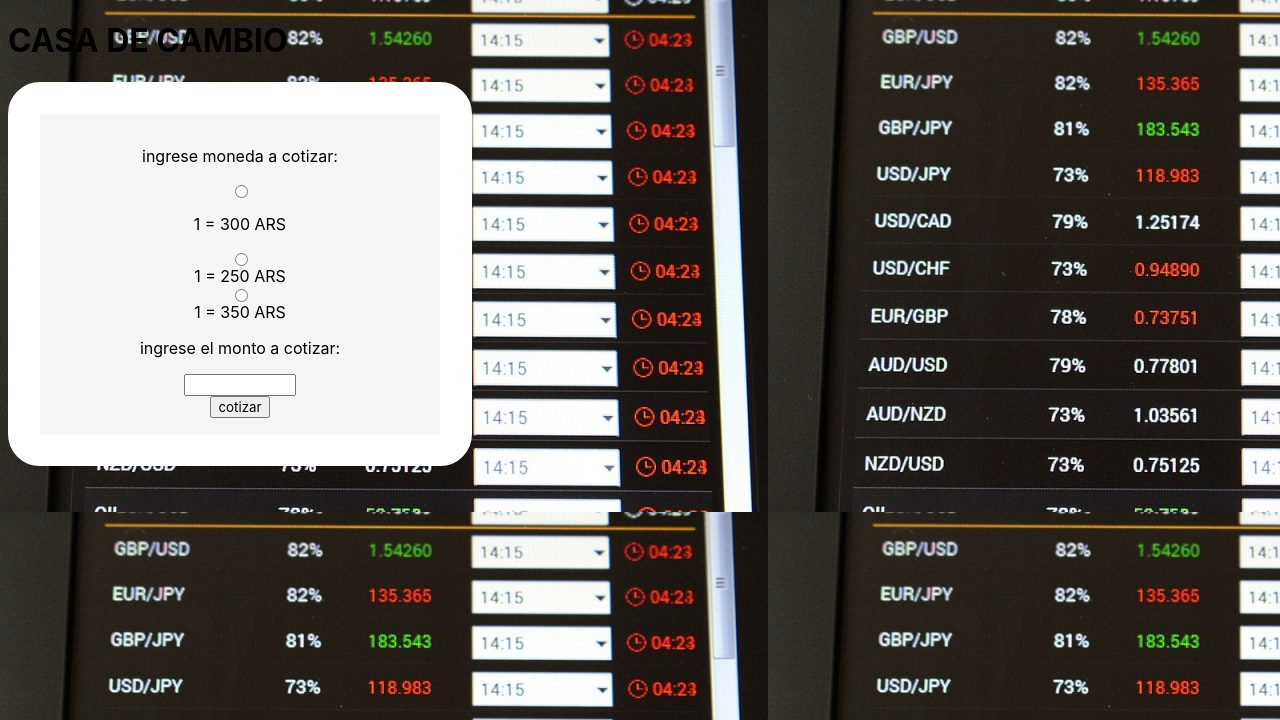
Repository: AgusL01/Bootstrap-Agustin-lago-
Page: Desktop/clases coder/proyecto-final-agustin-lago-main/index.html
An editor plug-in stored every save of this project. The page is shown before and after the next save, followed by the edit.
The browser window is 1280 px wide. The pictures show the whole page.

Above is the page before, as saved 2022-08-25 15:44:00.

After the next save:
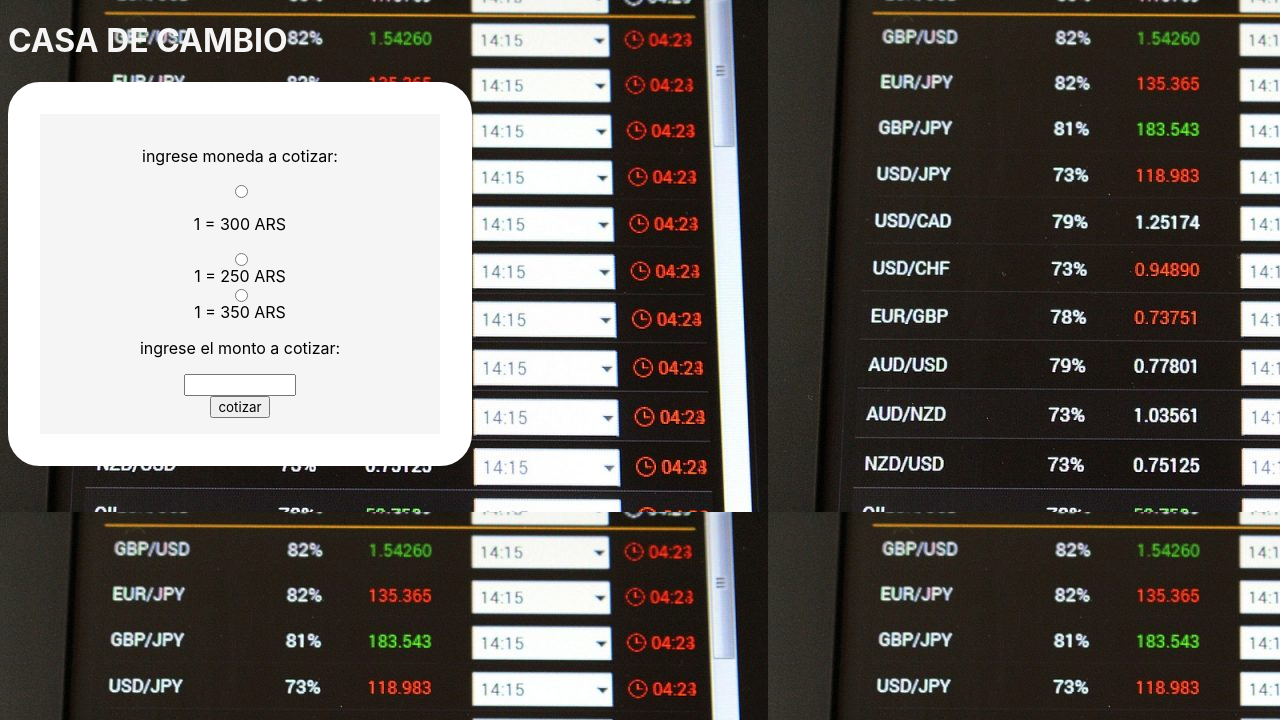
Saved 12 s later.
--- a/Desktop/clases coder/proyecto-final-agustin-lago-main/css/estilo.css
+++ b/Desktop/clases coder/proyecto-final-agustin-lago-main/css/estilo.css
@@ -21,7 +21,9 @@ display: inline-block;
     height: 20rem;
 }
 
-
+h1{
+    color: #f5f5f5;
+}
 
 .cotizar{
     width: 7rem;
